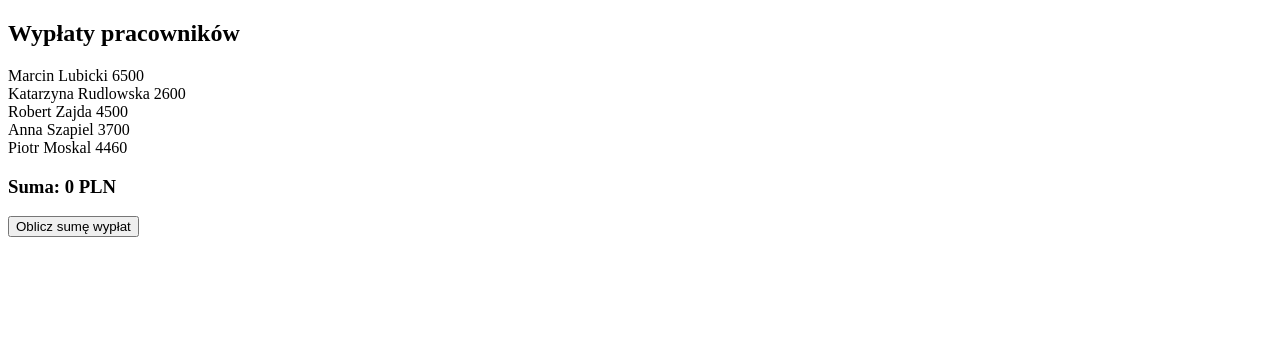
Repository: magdaf41/jQuery
Page: zadanie 2/index.html
An editor plug-in stored every save of this project. The page is shown before and after the next save, followed by the edit.
The browser window is 1280 px wide. The pictures show the whole page.
Some web libraries are served in a nearby version.

Above is the page before, as saved 2020-09-10 21:16:33.

### zadanie 2/index.html
<!DOCTYPE html>
<html lang="en">

<head>
    <meta charset="UTF-8">
    <meta name="viewport" content="width=device-width, initial-scale=1.0">
    <title>Animation</title>
    <link rel="stylesheet" href="css/style.css">
</head>

<body>

    <div id="employees">
        <div>
            <h2>Wypłaty pracowników</h2>
        </div>
        <div id="person1">
            <span class="first-name">Marcin</span>
            <span class="last-name">Lubicki</span>
            <span class="salary">6500</span>
        </div>
        <div id="person2">
            <span class="first-name">Katarzyna</span>
            <span class="last-name">Rudlowska</span>
            <span class="salary">2600</span>
        </div>
        <div id="person3">
            <span class="first-name">Robert</span>
            <span class="last-name">Zajda</span>
            <span class="salary">4500</span>
        </div>
        <div id="person4">
            <span class="first-name">Anna</span>
            <span class="last-name">Szapiel</span>
            <span class="salary">3700</span>
        </div>
        <div id="person5">
            <span class="first-name">Piotr</span>
            <span class="last-name">Moskal</span>
            <span class="salary">4460</span>
        </div>
        <div>
            <h3>Suma: <span id="sum">0</span> PLN</h3>
        </div>
    </div>
    <button id="count-sum">Oblicz sumę wypłat</button>

    <script src="https://cdnjs.cloudflare.com/ajax/libs/jquery/3.2.1/jquery.min.js"></script>
    <script src="https://code.jquery.com/ui/1.12.1/jquery-ui.min.js"
        integrity="sha256-VazP97ZCwtekAsvgPBSUwPFKdrwD3unUfSGVYrahUqU=" crossorigin="anonymous"></script>
    <script src="js/main.js"></script>
</body>

</html>

### zadanie 2/js/main.js
$(document).ready(function () {

  // $('.salary').each(function(){
  //   parseInt($('.salary').eq().text());
  //   sum +=
  //   console.log(sum);
  })
  let number0 = parseInt($('.salary').eq(0).text());
  console.log(number0);
  let number1 = parseInt($('.salary').eq(1).text());
  console.log(number1);
  let number2 = parseInt($('.salary').eq(2).text());
  console.log(number2);
  let number3 = parseInt($('.salary').eq(3).text());
  console.log(number3);
  let number4 = parseInt($('.salary').eq(4).text());
  console.log(number4);


  let sum = number0 + number1 + number2 + number3 + number4;
  // console.log(sum);

  $('#count-sum').click(function () {
    $('#sum').text(sum);
  });



// });

Loaded but not shown: zadanie 2/css/style.css (no stored copy; drawn as an empty file)

After the next save:
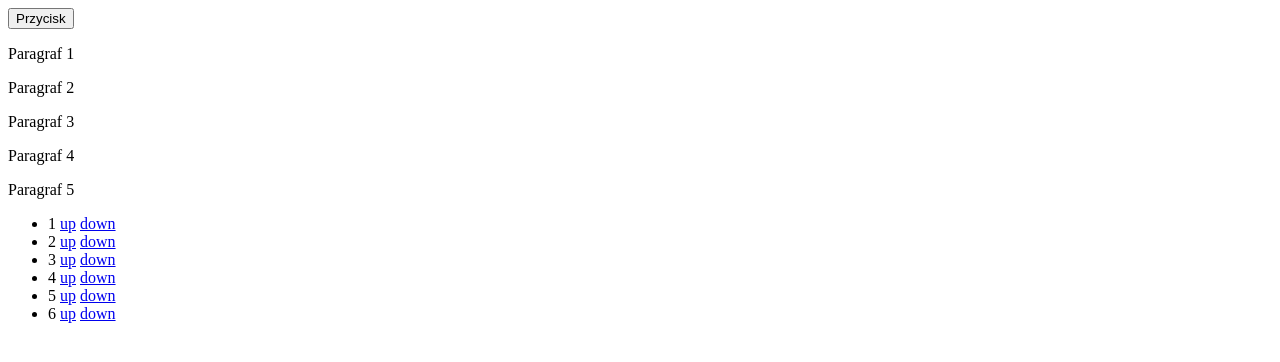
Saved 14 min 36 s later.
--- a/zadanie 2/index.html
+++ b/zadanie 2/index.html
@@ -10,41 +10,23 @@
 
 <body>
 
-    <div id="employees">
-        <div>
-            <h2>Wypłaty pracowników</h2>
-        </div>
-        <div id="person1">
-            <span class="first-name">Marcin</span>
-            <span class="last-name">Lubicki</span>
-            <span class="salary">6500</span>
-        </div>
-        <div id="person2">
-            <span class="first-name">Katarzyna</span>
-            <span class="last-name">Rudlowska</span>
-            <span class="salary">2600</span>
-        </div>
-        <div id="person3">
-            <span class="first-name">Robert</span>
-            <span class="last-name">Zajda</span>
-            <span class="salary">4500</span>
-        </div>
-        <div id="person4">
-            <span class="first-name">Anna</span>
-            <span class="last-name">Szapiel</span>
-            <span class="salary">3700</span>
-        </div>
-        <div id="person5">
-            <span class="first-name">Piotr</span>
-            <span class="last-name">Moskal</span>
-            <span class="salary">4460</span>
-        </div>
-        <div>
-            <h3>Suma: <span id="sum">0</span> PLN</h3>
-        </div>
-    </div>
-    <button id="count-sum">Oblicz sumę wypłat</button>
 
+    <button id="button">Przycisk</button>
+    <p>Paragraf 1</p>
+    <p>Paragraf 2</p>
+    <p>Paragraf 3</p>
+    <p>Paragraf 4</p>
+    <p>Paragraf 5</p>
+
+
+    <ul>
+        <li>1 <a class='up' href='#'>up</a> <a class='down' href='#'>down</a></li>
+        <li>2 <a class='up' href='#'>up</a> <a class='down' href='#'>down</a></li>
+        <li>3 <a class='up' href='#'>up</a> <a class='down' href='#'>down</a></li>
+        <li>4 <a class='up' href='#'>up</a> <a class='down' href='#'>down</a></li>
+        <li>5 <a class='up' href='#'>up</a> <a class='down' href='#'>down</a></li>
+        <li>6 <a class='up' href='#'>up</a> <a class='down' href='#'>down</a></li>
+      </ul>
     <script src="https://cdnjs.cloudflare.com/ajax/libs/jquery/3.2.1/jquery.min.js"></script>
     <script src="https://code.jquery.com/ui/1.12.1/jquery-ui.min.js"
         integrity="sha256-VazP97ZCwtekAsvgPBSUwPFKdrwD3unUfSGVYrahUqU=" crossorigin="anonymous"></script>
